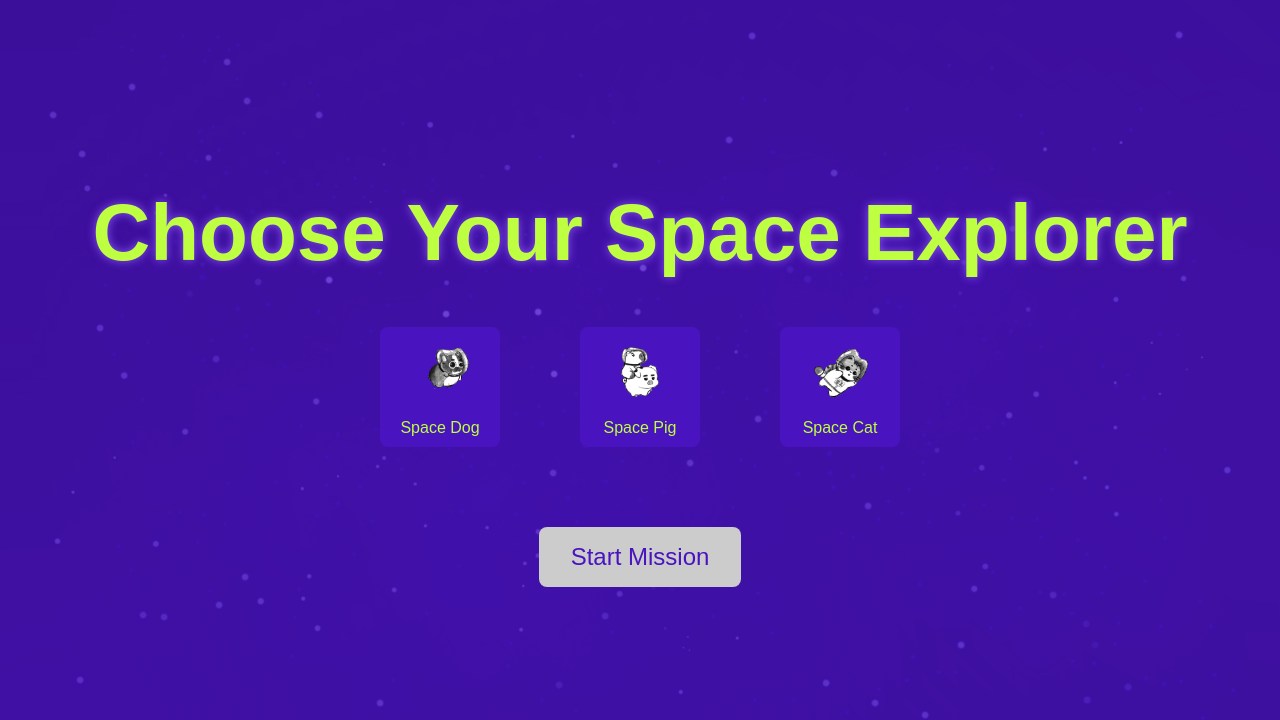
Repository: brunaguarizo/SpaceFarm
Page: index.html
An editor plug-in stored every save of this project. The page is shown before and after the next save, followed by the edit.
The browser window is 1280 px wide. The pictures show the whole page.
Some web fonts or font styles are not loaded; a fallback is used.

Above is the page before, as saved 2025-04-24 15:33:15.

After the next save:
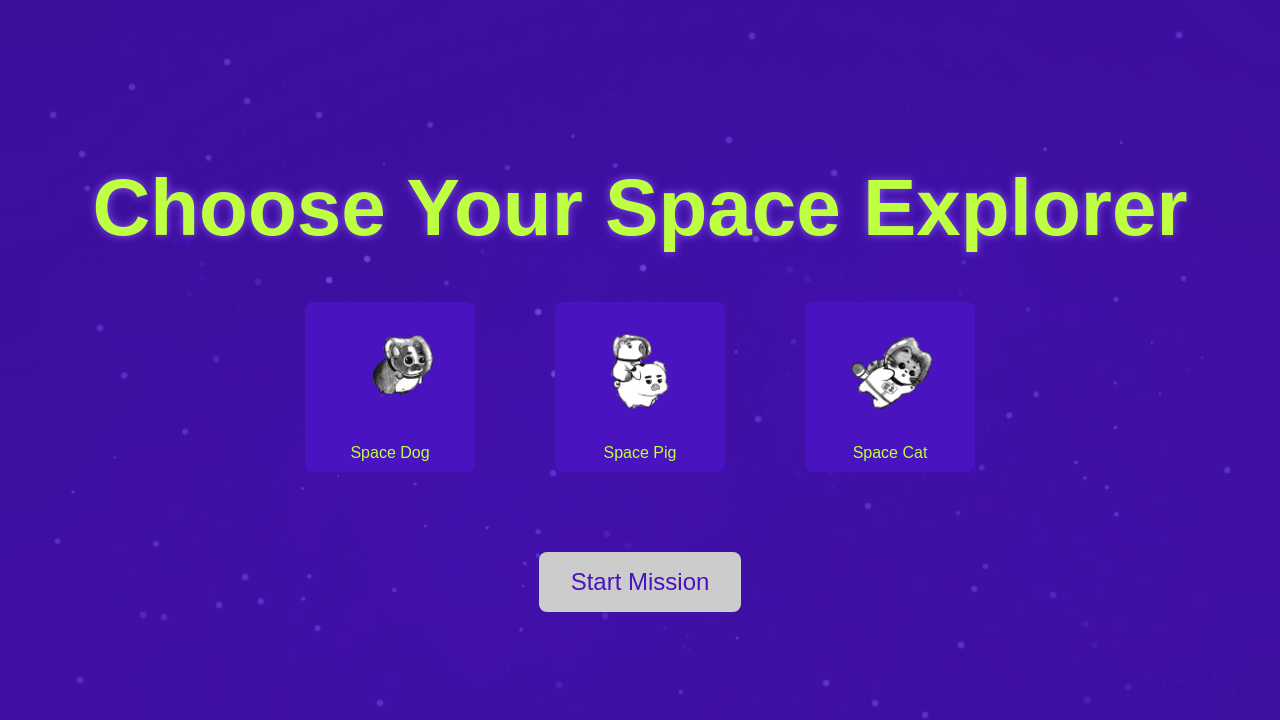
Saved 53 s later.
--- a/styles.css
+++ b/styles.css
@@ -56,8 +56,8 @@ h2 {
 }
 
 .character-option {
-    width: 100px;
-    height: 100px;
+    width: 150px;
+    height: 150px;
     background-color: var(--dark-purple);
     border-radius: var(--space-small);
     display: flex;
